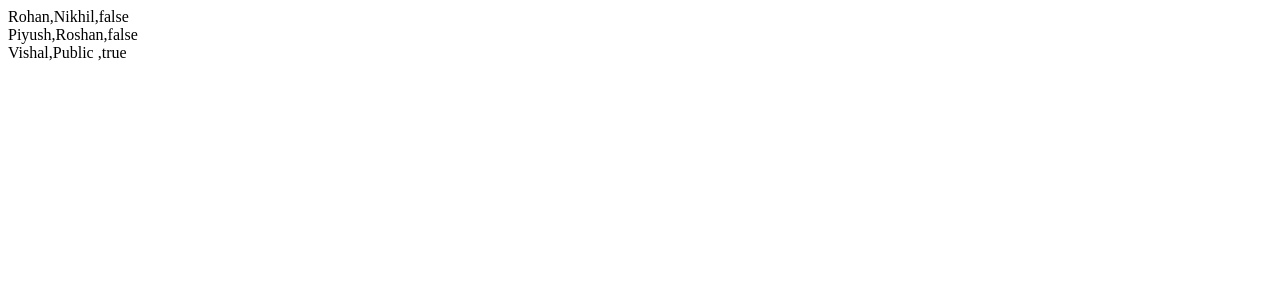
Repository: rohanbhavare1234/BikeServiceWorkspace
Page: http://localhost/tag1demo/if-student-test.jsp
These files come from the project's save history. The page is drawn as it stood at one moment and after the next save; the edit follows.
The browser window is 1280 px wide. The pictures show the whole page.
The page is served by Tomcat 9.

Above is the page before, as saved 2023-04-11 20:07:45.

### eclipse-workspace/tag1demo/WebContent/if-student-test.jsp
<%@ taglib uri="http://java.sun.com/jsp/jstl/core" prefix="c" %>

<%@ page import="java.util.*,com.rohan.jsp.tag1demo.Student" %>

<%
	List<Student> data = new ArrayList<>();

	data.add(new Student("Rohan","Nikhil",false));
	data.add(new Student("Piyush","Roshan",false));
	data.add(new Student("Vishal","Public ",true));

	pageContext.setAttribute("myStudent",data);

%>
<html>
<body>
	<c:forEach var="tempStudent" items="${myStudent}">

		${tempStudent.firstName},${tempStudent.lastName},${tempStudent.goldCustomer}
		<br/>

		</c:forEach>
</body>
</html>

### eclipse-workspace/tag1demo/src/com/rohan/jsp/tag1demo/Student.java
package com.rohan.jsp.tag1demo;

public class Student {

	private String firstName;
	private String lastName;
	private boolean goldCustomer;

	public Student(String firstName, String lastName, boolean goldCustomer) {
		super();
		this.firstName = firstName;
		this.lastName = lastName;
		this.goldCustomer = goldCustomer;
	}

	public String getFirstName() {
		return firstName;
	}

	public void setFirstName(String firstName) {
		this.firstName = firstName;
	}

	public String getLastName() {
		return lastName;
	}

	public void setLastName(String lastName) {
		this.lastName = lastName;
	}

	public boolean isGoldCustomer() {
		return goldCustomer;
	}

	public void setGoldCustomer(boolean goldCustomer) {
		this.goldCustomer = goldCustomer;
	}
}

After the next save:
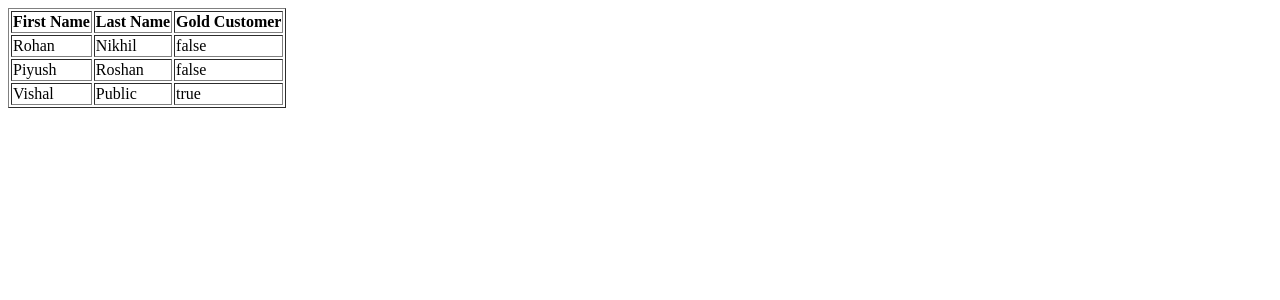
Saved 6 min 56 s later.
--- a/eclipse-workspace/tag1demo/WebContent/if-student-test.jsp
+++ b/eclipse-workspace/tag1demo/WebContent/if-student-test.jsp
@@ -14,11 +14,23 @@
 %>
 <html>
 <body>
+
+<table border="1">
+<tr>
+	<th>First Name</th>
+	<th>Last Name</th>
+	<th>Gold Customer</th>
+</tr>
 	<c:forEach var="tempStudent" items="${myStudent}">
+	<tr>
 
-		${tempStudent.firstName},${tempStudent.lastName},${tempStudent.goldCustomer}
-		<br/>
+		<td>${tempStudent.firstName}</td>
+		<td>${tempStudent.lastName}</td>
+		<td>${tempStudent.goldCustomer}</td>
+
+	</tr>
 
 		</c:forEach>
+		</table>
 </body>
 </html>
